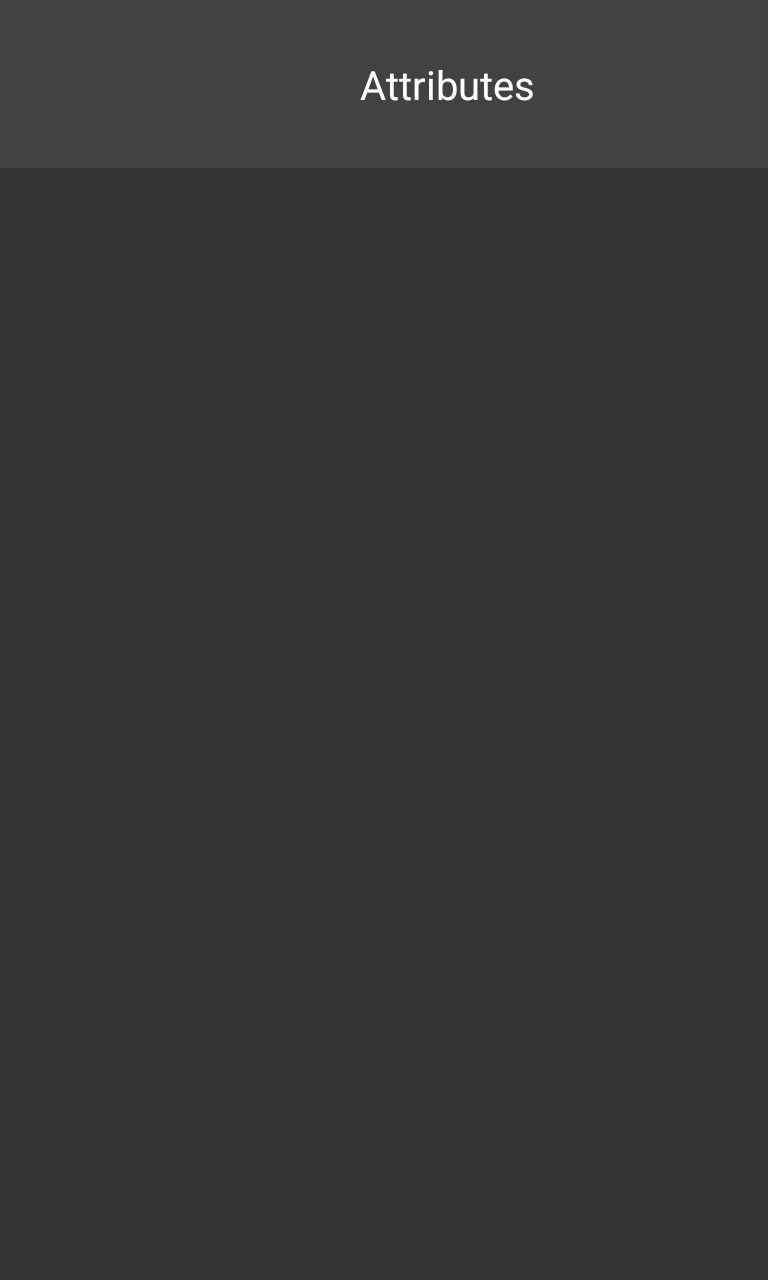
Repository: w9jds/Android-EveProfiler
Layout: EveProfiler/res/layout/drawerview.xml
The author's editor kept a copy of each file at every save. The layout is drawn from the files as they stood at one save, then again after the next save.
It is drawn on a 768 x 1280 px phone screen (xhdpi) without system bars, with theme AppTheme; the app's code is not run.

Above is the layout before, as saved 2013-05-12 05:27:32.

After the next save:
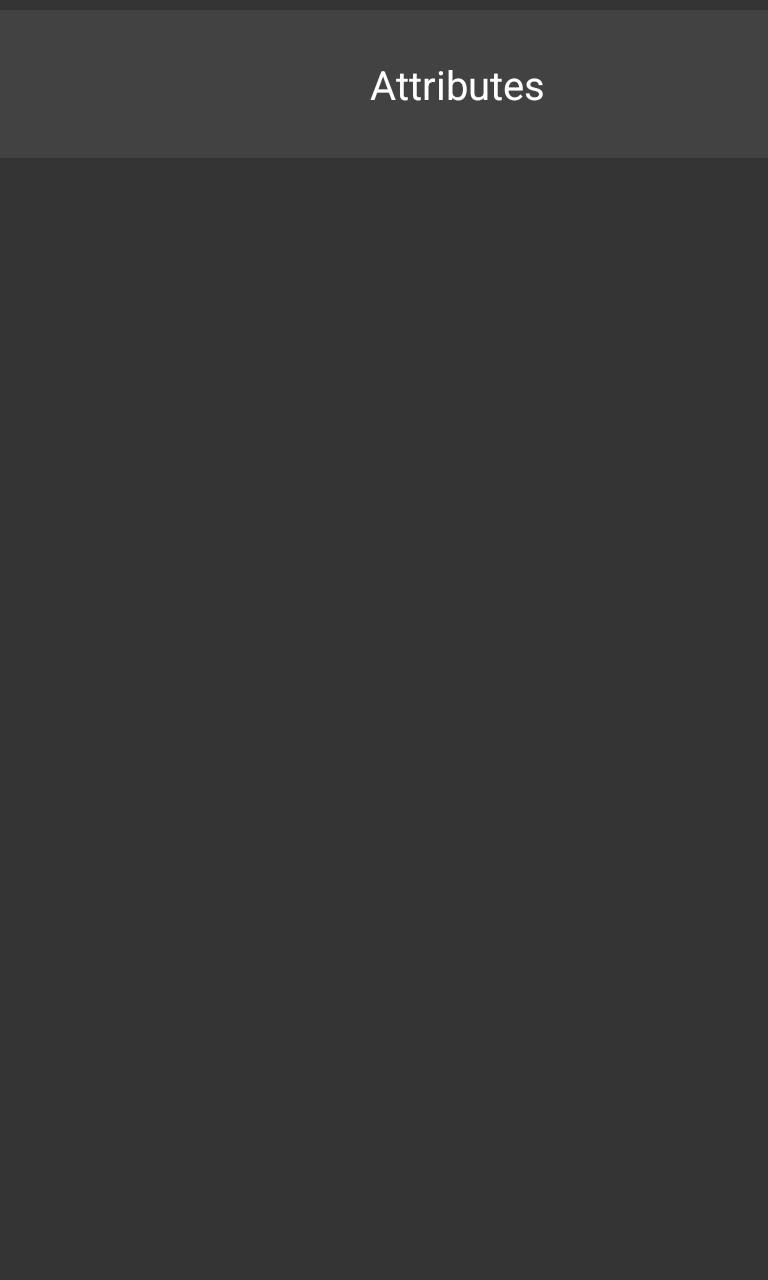
Saved 84 s later.
--- a/EveProfiler/res/layout/drawerview.xml
+++ b/EveProfiler/res/layout/drawerview.xml
@@ -15,20 +15,24 @@
             android:id="@+id/Attributes"
             android:layout_width="fill_parent"
             android:layout_height="wrap_content"
+            android:layout_marginBottom="5dp"
+            android:layout_marginTop="5dp"
             android:background="@color/lightgrey"
             android:columnCount="2"
             android:rowCount="1"
             tools:targetApi="14" >
 
             <ImageView
-	            android:id="@+id/AttributesPic"
-	            android:layout_width="64dp"
-	            android:layout_height="64dp"
-	            android:layout_column="0"
-	            android:layout_gravity="center"
-	            android:layout_marginBottom="10dp"
-	            android:layout_marginTop="10dp"
-	            android:layout_row="0"/>
+                android:id="@+id/AttributesPic"
+                android:layout_width="64dp"
+                android:layout_height="64dp"
+                android:layout_column="0"
+                android:layout_gravity="center"
+                android:layout_marginBottom="5dp"
+                android:layout_marginLeft="5dp"
+                android:layout_marginRight="5dp"
+                android:layout_marginTop="5dp"
+                android:layout_row="0" />
 
             <TextView
                 android:id="@+id/AttributesLabel"
